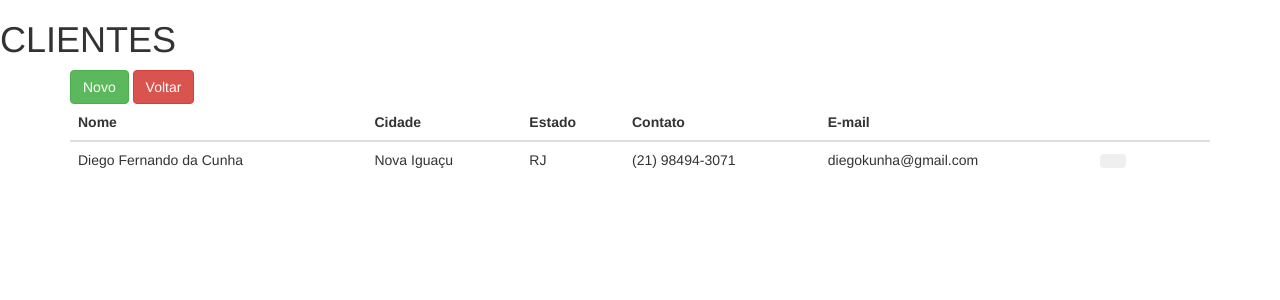
Repository: diegokunha/LojinhaGuru
Page: http://localhost/LojinhaGuru/clientes
The author's editor kept a copy of each file at every save. The page is drawn from the files as they stood at one save, then again after the next save.
The browser window is 1280 px wide. The pictures show the whole page.
Some web libraries are served in a nearby version. The page is served by Tomcat 9. Other server files are loaded and not shown.

Above is the page before, as saved 2017-10-04 01:13:47.

### LojinhaGuru/WebContent/WEB-INF/views/jsp/clientes.jsp
<?xml version="1.0" encoding="utf-8" ?>
<%@ page language="java" contentType="text/html; charset=utf-8"
	pageEncoding="utf-8"%>
<!DOCTYPE html PUBLIC "-//W3C//DTD XHTML 1.0 Transitional//EN" "http://www.w3.org/TR/xhtml1/DTD/xhtml1-transitional.dtd">
<html xmlns="http://www.w3.org/1999/xhtml">
<head>
<meta http-equiv="Content-Type" content="text/html; charset=utf-8" />

<!-- Latest compiled and minified CSS -->
<link rel="stylesheet"
	href="https://maxcdn.bootstrapcdn.com/bootstrap/3.3.7/css/bootstrap.min.css" />

<!-- jQuery library -->
<script
	src="https://ajax.googleapis.com/ajax/libs/jquery/3.2.1/jquery.min.js"></script>

<!-- Latest compiled JavaScript -->
<script
	src="https://maxcdn.bootstrapcdn.com/bootstrap/3.3.7/js/bootstrap.min.js"></script>
<title>Insert title here</title>
</head>
<body>
	<h1>CLIENTES</h1>
	<div class="container">
		<form>

			<a href="adicionaCliente"><button type="button"
					class="btn btn-success">Novo</button></a> <a href="index"><button
					type="button" class="btn btn-danger">Voltar</button></a><br />

			<table class="table table-hover">
				<thead>
					<tr>
						<th>Nome</th>
						<th>Cidade</th>
						<th>Estado</th>
						<th>Contato</th>
						<th>E-mail</th>
						<th></th>
					</tr>
				</thead>
				<tbody>
					<tr>
						<td>Diego Fernando da Cunha</td>
						<td>Nova Iguaçu</td>
						<td>RJ</td>
						<td>(21) 98494-3071</td>
						<td>diegokunha@gmail.com</td>
						<td>
							<button type="button" class="btn"><span class="glyphicon glyphicons-pen" style="color:black" /></button>
							<button type="button" class="btn btn-link"><span class="glyphicon glyphicons-remove-sign" /></button>
						</td>
					</tr>
				</tbody>
			</table>
		</form>
	</div>
</body>
</html>

After the next save:
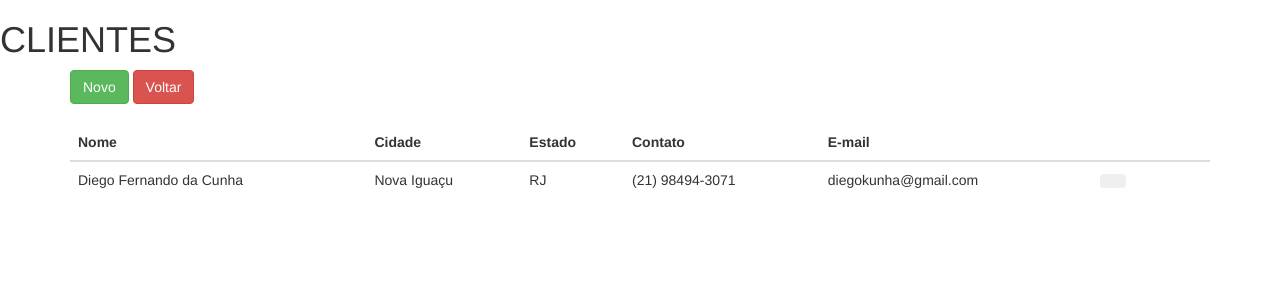
Saved 11 s later.
--- a/LojinhaGuru/WebContent/WEB-INF/views/jsp/clientes.jsp
+++ b/LojinhaGuru/WebContent/WEB-INF/views/jsp/clientes.jsp
@@ -26,7 +26,7 @@
 
 			<a href="adicionaCliente"><button type="button"
 					class="btn btn-success">Novo</button></a> <a href="index"><button
-					type="button" class="btn btn-danger">Voltar</button></a><br />
+					type="button" class="btn btn-danger">Voltar</button></a><br /><br />
 
 			<table class="table table-hover">
 				<thead>
